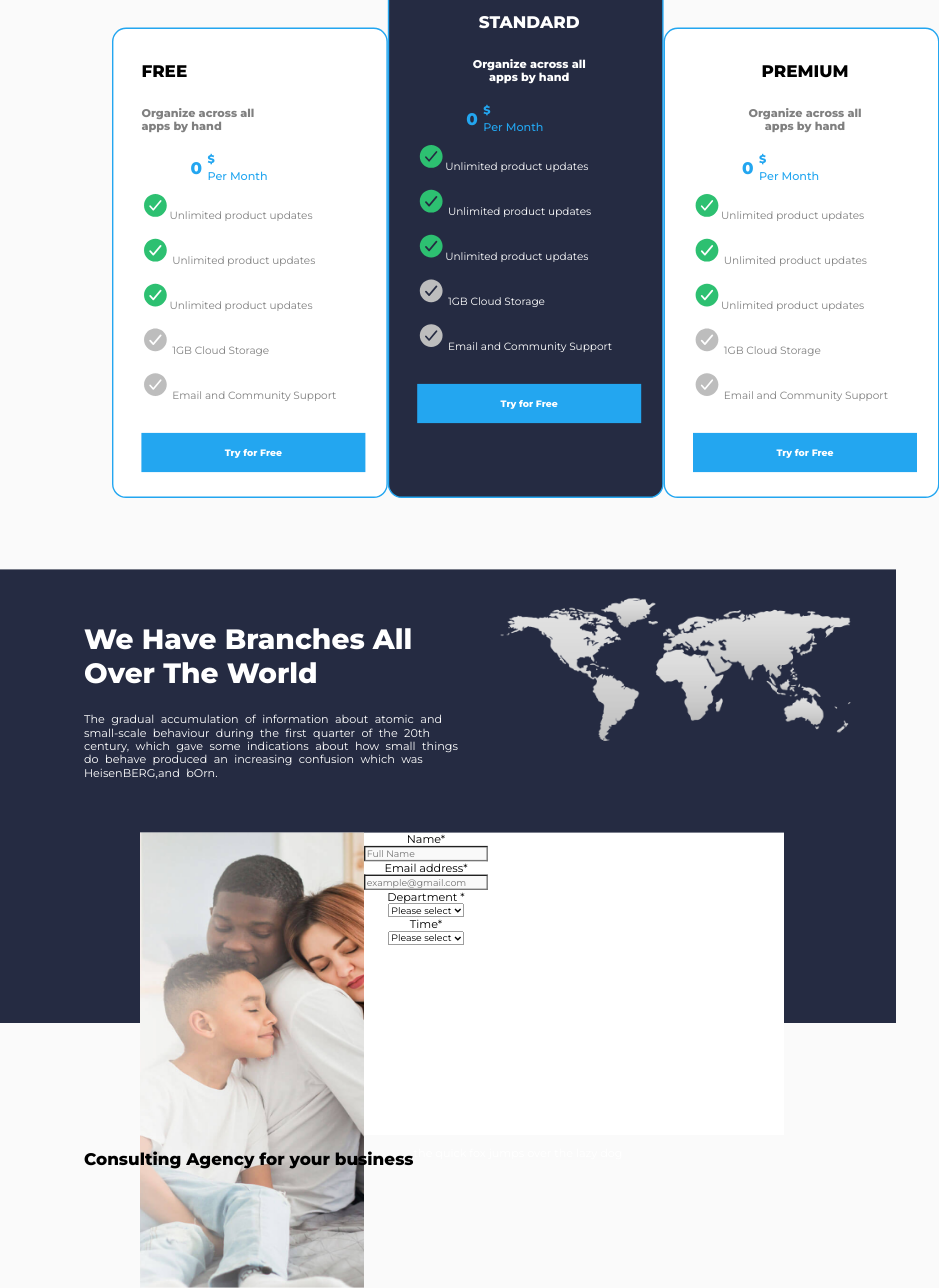
Repository: NANCY-HUB329/week-challenge
Page: index.html
An editor plug-in stored every save of this project. The page is shown before and after the next save, followed by the edit.
The browser window is 1280 px wide. The page is 1342 px wide, so the pictures cover 1342 px, including what lies to the right of the window. The pictures show the part of the page from y = 2428 to 4268 px (the page is 4268 px tall), at 70% of full size.

Above is the page before, as saved 2023-11-24 08:14:51.

### index.html
<!DOCTYPE html>
<html lang="en">

<head>
  <meta charset="UTF-8" />
  <meta name="viewport" content="width=device-width, initial-scale=1.0" />
  <title>Responsive website</title>
  <link rel="preconnect" href="https://fonts.googleapis.com" />
  <link rel="preconnect" href="https://fonts.gstatic.com" crossorigin />
  <link href="https://fonts.googleapis.com/css2?family=Montserrat:wght@300;400;500;800&display=swap" rel="stylesheet" />
  <link rel="stylesheet" href="styles.css" />
</head>

<body>
  <section>
    <div class="header">
      <div class="navbar">
        <div class="navbar-brand">
          <a href="#" class="Home"> BrandName</a>
        </div>
        <div class="nav-links">
          <a href="#" class="Home">Home</a>

          <a href="#" class="Product">Product</a>

          <a href="#" class="Pricing">Pricing</a>

          <a href="#" class="Contact">Contact</a>
        </div>
        <div class="nav-right-items">
          <a href="#">Login</a>
          <a href="#" id="signup">Become a Member <ion-icon name="arrow-forward-outline"></ion-icon></a>
        </div>
      </div>
      <div class="header-content">
        <p class="header-content-title">
          We Ensure A Best<br />
          Insurance Service
        </p>
        <p class="header-content-desc">
          We know how large objects will act, but things on a <br />small
          scale just do not act that way
        </p>
        <button type="button" class="header-quote-btn">Get Quote Now</button>
        <button type="button" class="header-learn-btn">Learn More</button>
      </div>
      <div class="header-bottom">
        <div class="header-bottom-content">
          <ion-icon name="people-outline"></ion-icon>
          <h2>Peace of Mind</h2>
          <p>
            the quick fox jumps over the<br />
            lazy dog
          </p>
        </div>
        <div class="header-bottom-content">
          <ion-icon name="people-outline"></ion-icon>
          <h2>Set for Life</h2>
          <p>
            the quick fox jumps over the<br />
            lazy dog
          </p>
        </div>
        <div class="header-bottom-content" id="header-bottom-services">
          <ion-icon name="people-outline"></ion-icon>
          <h2>100% Satisfaction</h2>
          <p>
            the quick fox jumps over the<br />
            lazy dog
          </p>
        </div>
      </div>
    </div>
  </section>
  <div class="reviews">
    <div class="reviews-content">
      <svg xmlns="http://www.w3.org/2000/svg" height="1em" viewBox="0 0 448 512" fill="hsl(201.66deg 87.23% 53.92%)">
        <!--! Font Awesome Free 6.4.2 by @fontawesome - https://fontawesome.com License - https://fontawesome.com/license (Commercial License) Copyright 2023 Fonticons, Inc. -->
        <path
          d="M96 0C43 0 0 43 0 96V416c0 53 43 96 96 96H384h32c17.7 0 32-14.3 32-32s-14.3-32-32-32V384c17.7 0 32-14.3 32-32V32c0-17.7-14.3-32-32-32H384 96zm0 384H352v64H96c-17.7 0-32-14.3-32-32s14.3-32 32-32zm32-240c0-8.8 7.2-16 16-16H336c8.8 0 16 7.2 16 16s-7.2 16-16 16H144c-8.8 0-16-7.2-16-16zm16 48H336c8.8 0 16 7.2 16 16s-7.2 16-16 16H144c-8.8 0-16-7.2-16-16s7.2-16 16-16z" />
      </svg>
      <h3>Peace of Mind</h3>
      <p>so it really behaves like neither.<br />Now we have given up</p>
    </div>
    <div class="reviews-content">
      <ion-icon name="bookmarks-outline"></ion-icon>
      <h3>Set for Life</h3>
      <p>
        They were used to create the <br />
        machines that launched
      </p>
    </div>
    <div class="reviews-content">
      <ion-icon name="people-outline"></ion-icon>
      <h3>100% Satisfaction</h3>
      <p>so it really behaves like neither.<br />Now we have given up</p>
    </div>
  </div>
  <section>
    <div class="main-description">
      <h2>Industry</h2>
      <p>
        Problems trying to resolve the conflict between <br />
        the two major realms of Classical Physics: Newtonian mechanics
      </p>
    </div>
    <div class="testimonials">
      <div class="testimonials-content">
        <img src="./images/user1.png" alt="user" />
        <p>
          Slate helps you see how <br />many more days you need<br />
          to work to reach your financial<br />
          goal for the month and year<br />
        </p>
        <p>
          <svg width="17" height="16" xmlns="http://www.w3.org/2000/svg">
            <path
              d="M16.539 6.097a.297.297 0 00-.24-.202l-5.36-.779L8.542.26a.296.296 0 00-.53 0L5.613 5.117l-5.36.779a.297.297 0 00-.165.505l3.88 3.78-.917 5.34a.297.297 0 00.43.312l4.795-2.52 4.794 2.52a.296.296 0 00.43-.313l-.916-5.338L16.464 6.4c.08-.08.11-.197.075-.304z"
              fill="#EF9546" fill-rule="nonzero" />
          </svg>
          <svg width="17" height="16" xmlns="http://www.w3.org/2000/svg">
            <path
              d="M16.539 6.097a.297.297 0 00-.24-.202l-5.36-.779L8.542.26a.296.296 0 00-.53 0L5.613 5.117l-5.36.779a.297.297 0 00-.165.505l3.88 3.78-.917 5.34a.297.297 0 00.43.312l4.795-2.52 4.794 2.52a.296.296 0 00.43-.313l-.916-5.338L16.464 6.4c.08-.08.11-.197.075-.304z"
              fill="#EF9546" fill-rule="nonzero" />
          </svg>
          <svg width="17" height="16" xmlns="http://www.w3.org/2000/svg">
            <path
              d="M16.539 6.097a.297.297 0 00-.24-.202l-5.36-.779L8.542.26a.296.296 0 00-.53 0L5.613 5.117l-5.36.779a.297.297 0 00-.165.505l3.88 3.78-.917 5.34a.297.297 0 00.43.312l4.795-2.52 4.794 2.52a.296.296 0 00.43-.313l-.916-5.338L16.464 6.4c.08-.08.11-.197.075-.304z"
              fill="#EF9546" fill-rule="nonzero" />
          </svg>

          <svg width="17" height="16" xmlns="http://www.w3.org/2000/svg">
            <path
              d="M16.539 6.097a.297.297 0 00-.24-.202l-5.36-.779L8.542.26a.296.296 0 00-.53 0L5.613 5.117l-5.36.779a.297.297 0 00-.165.505l3.88 3.78-.917 5.34a.297.297 0 00.43.312l4.795-2.52 4.794 2.52a.296.296 0 00.43-.313l-.916-5.338L16.464 6.4c.08-.08.11-.197.075-.304z"
              fill="#EF9546" fill-rule="nonzero" />
          </svg>
          <ion-icon name="star-outline"></ion-icon>
        </p>
      </div>

      <div class="testimonials-content">
        <img src="./images/user2.png" alt="user" />
        <p>
          Slate helps you see how <br />many more days you need<br />
          to work to reach your financial<br />
          goal for the month and year<br />
        </p>
        <p>
          <svg width="17" height="16" xmlns="http://www.w3.org/2000/svg">
            <path
              d="M16.539 6.097a.297.297 0 00-.24-.202l-5.36-.779L8.542.26a.296.296 0 00-.53 0L5.613 5.117l-5.36.779a.297.297 0 00-.165.505l3.88 3.78-.917 5.34a.297.297 0 00.43.312l4.795-2.52 4.794 2.52a.296.296 0 00.43-.313l-.916-5.338L16.464 6.4c.08-.08.11-.197.075-.304z"
              fill="#EF9546" fill-rule="nonzero" />
          </svg>
          <svg width="17" height="16" xmlns="http://www.w3.org/2000/svg">
            <path
              d="M16.539 6.097a.297.297 0 00-.24-.202l-5.36-.779L8.542.26a.296.296 0 00-.53 0L5.613 5.117l-5.36.779a.297.297 0 00-.165.505l3.88 3.78-.917 5.34a.297.297 0 00.43.312l4.795-2.52 4.794 2.52a.296.296 0 00.43-.313l-.916-5.338L16.464 6.4c.08-.08.11-.197.075-.304z"
              fill="#EF9546" fill-rule="nonzero" />
          </svg>
          <svg width="17" height="16" xmlns="http://www.w3.org/2000/svg">
            <path
              d="M16.539 6.097a.297.297 0 00-.24-.202l-5.36-.779L8.542.26a.296.296 0 00-.53 0L5.613 5.117l-5.36.779a.297.297 0 00-.165.505l3.88 3.78-.917 5.34a.297.297 0 00.43.312l4.795-2.52 4.794 2.52a.296.296 0 00.43-.313l-.916-5.338L16.464 6.4c.08-.08.11-.197.075-.304z"
              fill="#EF9546" fill-rule="nonzero" />
          </svg>

          <svg width="17" height="16" xmlns="http://www.w3.org/2000/svg">
            <path
              d="M16.539 6.097a.297.297 0 00-.24-.202l-5.36-.779L8.542.26a.296.296 0 00-.53 0L5.613 5.117l-5.36.779a.297.297 0 00-.165.505l3.88 3.78-.917 5.34a.297.297 0 00.43.312l4.795-2.52 4.794 2.52a.296.296 0 00.43-.313l-.916-5.338L16.464 6.4c.08-.08.11-.197.075-.304z"
              fill="#EF9546" fill-rule="nonzero" />
          </svg>
          <ion-icon name="star-outline"></ion-icon>
        </p>
      </div>
      <div class="testimonials-content">
        <img src="./images/user3.png" alt="user" />
        <p>
          Slate helps you see how <br />many more days you need<br />
          to work to reach your financial<br />
          goal for the month and year<br />
        </p>
        <p>
          <svg width="17" height="16" xmlns="http://www.w3.org/2000/svg">
            <path
              d="M16.539 6.097a.297.297 0 00-.24-.202l-5.36-.779L8.542.26a.296.296 0 00-.53 0L5.613 5.117l-5.36.779a.297.297 0 00-.165.505l3.88 3.78-.917 5.34a.297.297 0 00.43.312l4.795-2.52 4.794 2.52a.296.296 0 00.43-.313l-.916-5.338L16.464 6.4c.08-.08.11-.197.075-.304z"
              fill="#EF9546" fill-rule="nonzero" />
          </svg>
          <svg width="17" height="16" xmlns="http://www.w3.org/2000/svg">
            <path
              d="M16.539 6.097a.297.297 0 00-.24-.202l-5.36-.779L8.542.26a.296.296 0 00-.53 0L5.613 5.117l-5.36.779a.297.297 0 00-.165.505l3.88 3.78-.917 5.34a.297.297 0 00.43.312l4.795-2.52 4.794 2.52a.296.296 0 00.43-.313l-.916-5.338L16.464 6.4c.08-.08.11-.197.075-.304z"
              fill="#EF9546" fill-rule="nonzero" />
          </svg>
          <svg width="17" height="16" xmlns="http://www.w3.org/2000/svg">
            <path
              d="M16.539 6.097a.297.297 0 00-.24-.202l-5.36-.779L8.542.26a.296.296 0 00-.53 0L5.613 5.117l-5.36.779a.297.297 0 00-.165.505l3.88 3.78-.917 5.34a.297.297 0 00.43.312l4.795-2.52 4.794 2.52a.296.296 0 00.43-.313l-.916-5.338L16.464 6.4c.08-.08.11-.197.075-.304z"
              fill="#EF9546" fill-rule="nonzero" />
          </svg>

          <svg width="17" height="16" xmlns="http://www.w3.org/2000/svg">
            <path
              d="M16.539 6.097a.297.297 0 00-.24-.202l-5.36-.779L8.542.26a.296.296 0 00-.53 0L5.613 5.117l-5.36.779a.297.297 0 00-.165.505l3.88 3.78-.917 5.34a.297.297 0 00.43.312l4.795-2.52 4.794 2.52a.296.296 0 00.43-.313l-.916-5.338L16.464 6.4c.08-.08.11-.197.075-.304z"
              fill="#EF9546" fill-rule="nonzero" />
          </svg>
          <ion-icon name="star-outline"></ion-icon>
        </p>
      </div>
    </div>
    <div class="companies">
      <img src="./images/Vector.png" alt="" />
      <img src="./images/Vector-1.png" alt="lyft" />
      <img src="./images/Vector-2.png" alt="" />
      <img src="./images/Vector-3.png" alt="" />
      <img src="./images/Vector-4.png" alt="" />

      <img src="./images/Vector-5.png" alt="" />
    </div>
    <div class="subscription">
      <h2>
        Subscribe For latest <br />
        Newsletter
      </h2>
      <div class="subscription-form">
        <form action="">
          <input type="email" name="email" placeholder="Your Email" />
          <button type="submit">Subscribe</button>
        </form>
      </div>
    </div>
  </section>
  <section>
    <div class="pricing">
      <div class="pricing-title">
        <h1>Pricing</h1>
        <p>
          Problems trying to resolve the conflict between <br />
          the two major realms of Classical Physics: Newtonian mechanics
        </p>

      </div>
      <div class="price-rates">
        <div class="price-rates-free">
          <h1>FREE</h1>
          <p>
            Organize across all <br />
            apps by hand
          </p>
          <div class="container-rates">
            <h2>0</h2>
            <div class="container-rates-wrap">
              <p style="font-weight: 600;">$</p>
              <p> Per Month</p>
            </div>
          </div>
          <div class="pricing-rates-desc">




<div class="pricing-rates-desc-wrap">
            <p><ion-icon name="checkmark-circle" style="color: hsl(147.76deg 62.03% 46.47%);"></ion-icon>Unlimited
              product updates</p>
            <p> <ion-icon name="checkmark-circle" style="color: hsl(147.76deg 62.03% 46.47%);"> </ion-icon> Unlimited
              product updates</p>
            <p> <ion-icon name="checkmark-circle" style="color: hsl(147.76deg 62.03% 46.47%);"> </ion-icon>Unlimited
              product updates</p>
            <p> <ion-icon name="checkmark-circle" style="color: hsl(0deg 0% 74.12%);"></ion-icon> 1GB Cloud Storage</p>
            <p> <ion-icon name="checkmark-circle" style="color: hsl(0deg 0% 74.12%);"></ion-icon> Email and Community
              Support</p>
            </div>
            <button type="button" class="pricing-rate-btn"> Try for Free</button>
          </div>
        </div>
        <div class="price-rates-standard">
          <h1>STANDARD</h1>
          <p>
            Organize across all <br />
            apps by hand
          </p>
          <div class="container-rates">
            <h2>0</h2>
            <div class="container-rates-wrap">
              <p style="font-weight: 600;">$</p>
              <p> Per Month</p>
            </div>
          </div>
          <div class="pricing-rates-desc">




<div class="pricing-rates-desc-wrap">
            <p style=" color: white;"><ion-icon name="checkmark-circle" style="color: hsl(147.76deg 62.03% 46.47%);"></ion-icon>Unlimited
              product updates</p>
            <p style=" color: white;" > <ion-icon name="checkmark-circle" style="color: hsl(147.76deg 62.03% 46.47%);"> </ion-icon> Unlimited
              product updates</p>
            <p style=" color: white;"> <ion-icon name="checkmark-circle" style="color: hsl(147.76deg 62.03% 46.47%);"> </ion-icon>Unlimited
              product updates</p>
            <p style=" color: white;"> <ion-icon name="checkmark-circle" style="color: hsl(0deg 0% 74.12%);"></ion-icon> 1GB Cloud Storage</p>
            <p style=" color: white;"> <ion-icon name="checkmark-circle" style="color: hsl(0deg 0% 74.12%);"></ion-icon> Email and Community
              Support</p>
            </div>
            <button type="button" class="pricing-rate-btn"> Try for Free</button>
          </div>
        </div>
        <div class="price-rates-premium">
          <h1>PREMIUM</h1>
          <p>
            Organize across all <br />
            apps by hand
          </p>
          <div class="container-rates">
            <h2>0</h2>
            <div class="container-rates-wrap">
              <p style="font-weight: 600;">$</p>
              <p> Per Month</p>
            </div>
          </div>
          <div class="pricing-rates-desc">




<div class="pricing-rates-desc-wrap">
            <p><ion-icon name="checkmark-circle" style="color: hsl(147.76deg 62.03% 46.47%);"></ion-icon>Unlimited
              product updates</p>
            <p> <ion-icon name="checkmark-circle" style="color: hsl(147.76deg 62.03% 46.47%);"> </ion-icon> Unlimited
              product updates</p>
            <p> <ion-icon name="checkmark-circle" style="color: hsl(147.76deg 62.03% 46.47%);"> </ion-icon>Unlimited
              product updates</p>
            <p> <ion-icon name="checkmark-circle" style="color: hsl(0deg 0% 74.12%);"></ion-icon> 1GB Cloud Storage</p>
            <p> <ion-icon name="checkmark-circle" style="color: hsl(0deg 0% 74.12%);"></ion-icon> Email and Community
              Support</p>
            </div>
            <button type="button" class="pricing-rate-btn"> Try for Free</button>
          </div>
        </div>

        </div>
      </div>


  </section>
  <section>
    <div class="container-contact">
      <div class="contact-content">
        <div class="contact-content-title">
<h1>
We Have Branches All <br> Over The World
</h1>
<p>The gradual accumulation of information about atomic and <br>
  small-scale behaviour during the first quarter of the 20th<br> century, which gave
   some indications about how small things<br> do behave
  produced an increasing confusion which was<br> HeisenBERG,and bOrn.
</p>
</div>
<img src="./images/pingwig.png" alt=""/>
</div>
<div class="contact-form" >
<img src="./images/contact.png"/>
<div class="contact-form-main">

<form>
  <label for="name">Name*</label><br>

  <input type="text" value="" placeholder="Full Name" style=" background-color:hsl(0deg 0% 97.65%); " name=""/><br>
<label for="name">Email address*</label><br>
<input type="text" value="" placeholder="example@gmail.com" style=" background-color:hsl(0deg 0% 97.65%);" ;name=""/><br>
<label for="name">Department *</label><br>
<select>
  <option value=""   disabled selected>Please select</option>
  >
</select><br>

<label for="name">Time*</label><br>
<select>
  <option value=""
   disabled selected>Please select</option>
  >
</select><br>
</form>
<!-- continue from here -->
</div>
</div>
<div class="contact-content-bottom">
  <h2> Consulting Agency for your business</h2>
  <p>  the quick fox jumps over the
    lazy dog </p>
  </div>

    </div>
  </section>
  <section>
    <div classname="footer">


    </div>
  </section>

  <script type="module" src="https://unpkg.com/ionicons@7.1.0/dist/ionicons/ionicons.esm.js"></script>
  <script nomodule src="https://unpkg.com/ionicons@7.1.0/dist/ionicons/ionicons.js"></script>
</body>

</html>

Loaded but not shown: styles.css (521 lines, source omitted)

After the next save:
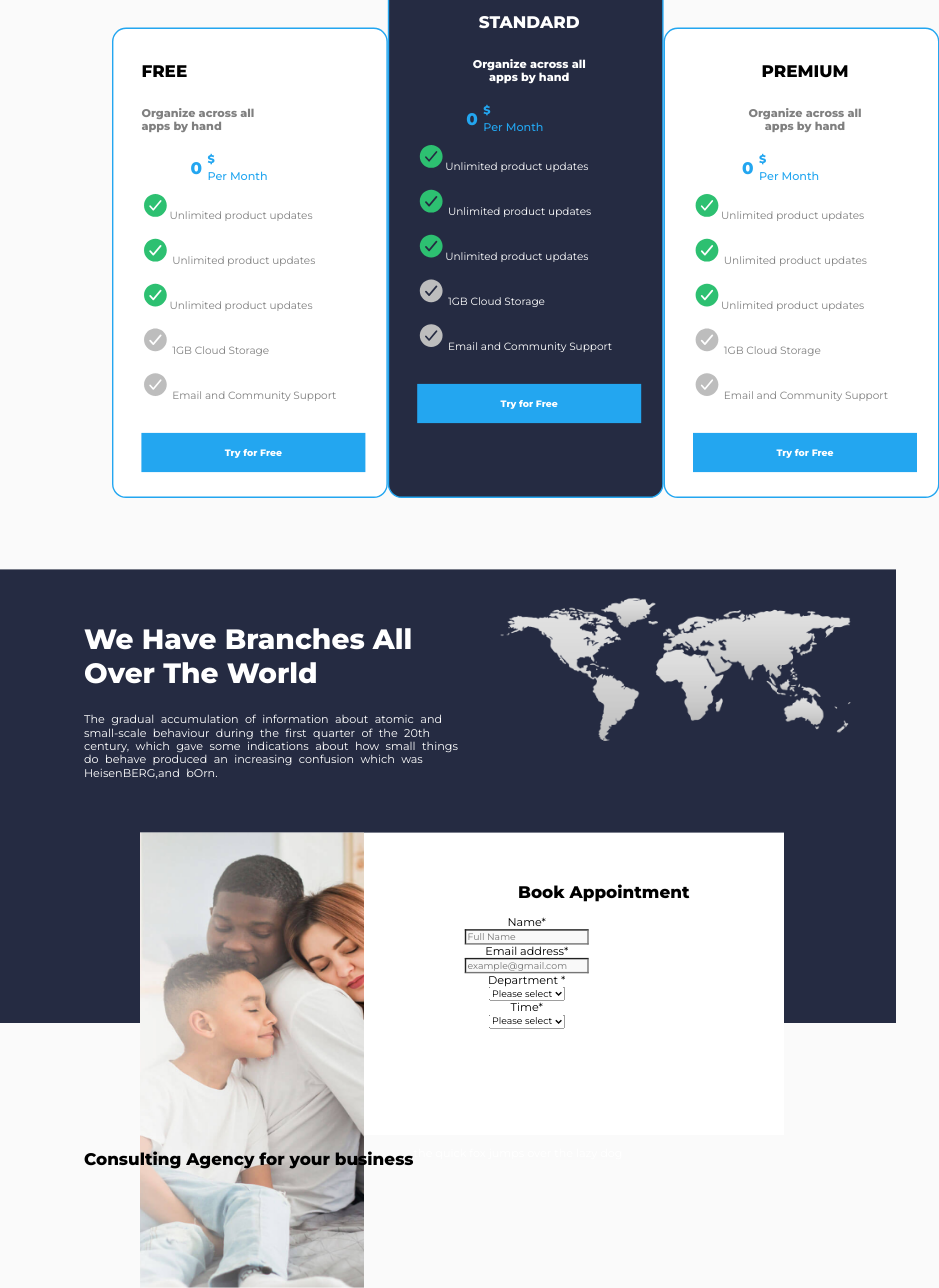
Saved 12 s later.
--- a/index.html
+++ b/index.html
@@ -356,6 +356,7 @@
 <div class="contact-form" >
 <img src="./images/contact.png"/>
 <div class="contact-form-main">
+<h2>Book Appointment</h2>
 
 <form>
   <label for="name">Name*</label><br>
